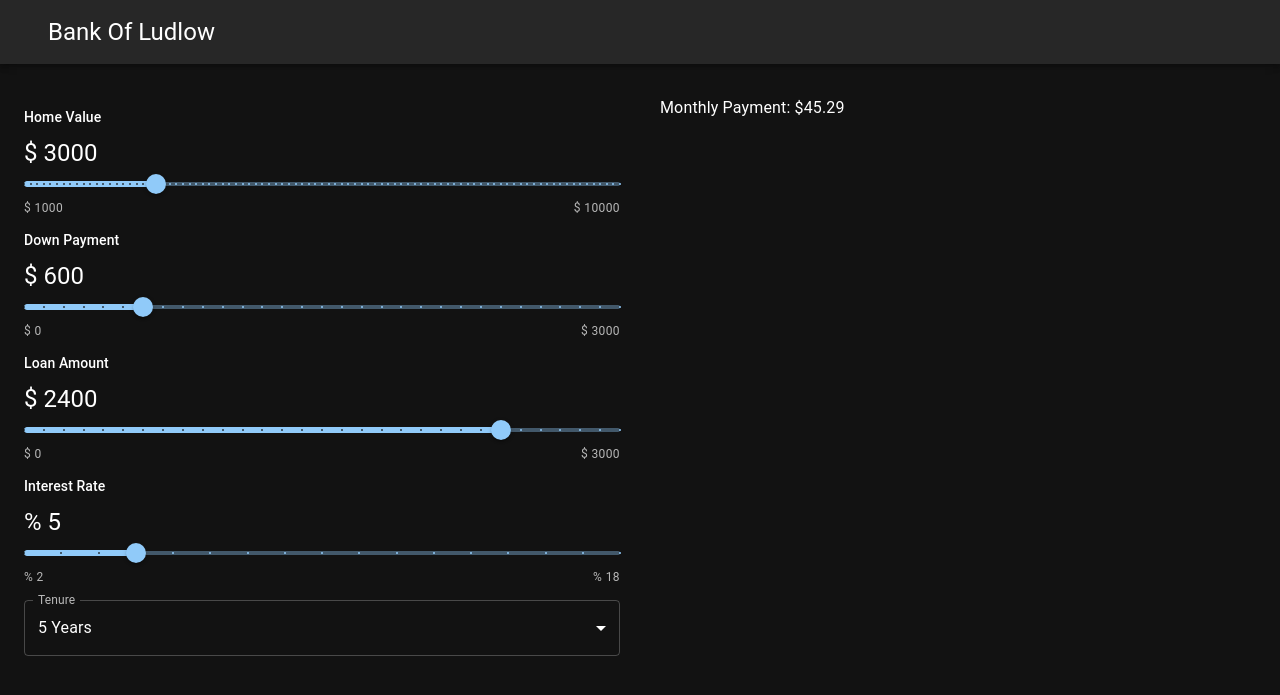
Repository: MikeeBuilds/mortgage-calculator
Page: /
The author's editor kept a copy of each file at every save. The page is drawn from the files as they stood at one save, then again after a run of saves.
The browser window is 1280 px wide. The pictures show the whole page.
The project was rebuilt for these pictures with package versions that can differ from the ones it lists, and the page was loaded fresh each time.

Above is the page before, as saved 2023-04-04 18:35:40.

### src/index.js
import React from 'react';
import ReactDOM from 'react-dom/client';
import  CssBaseline  from '@mui/material/CssBaseline';
import { ThemeProvider, createTheme } from '@mui/material/styles';
import App from './App';
import reportWebVitals from './reportWebVitals';
import { theme } from './theme';

const root = ReactDOM.createRoot(document.getElementById('root'));
root.render(
  <React.StrictMode>
    <ThemeProvider theme={theme}>
      <CssBaseline />
    <App />
    </ThemeProvider>
  </React.StrictMode>
);

// If you want to start measuring performance in your app, pass a function
// to log results (for example: reportWebVitals(console.log))
// or send to an analytics endpoint. Learn more: https://bit.ly/CRA-vitals
reportWebVitals();

### src/App.js
import { useState } from "react";
import { Container, Grid } from "@mui/material";
import Navbar from "./components/Navbar";
import Result from "./components/Result";
import SliderSelect from "./components/SliderSelect";
import TenureSelect from "./components/TenureSelect";


function App() {


  const [data, setData] = useState(
    {
      homeValue: 3000,
      downPayment: 3000 * 0.2,
      loanAmount: 3000 * 0.8,
      loanTerm: 5,
      interestRate: 5,
    });

  return (
    <div className="App">
      <Navbar />
      <Container maxWidth="xl" sx={{ marginTop: 4 }}>
        <Grid container spacing={5}>

          <Grid item xs={12} md={6}>
            <SliderSelect data={data} setData={setData} />
            <TenureSelect data={data} setData={setData} />
          </Grid>
          <Grid item xs={12} md={6}>
            <Result data={data} />

          </Grid>

        </Grid>
      </Container>
    </div>
  );
}

export default App;

### src/theme.js
import {  createTheme } from "@mui/material/styles";

export const theme = createTheme({
    palette: {
        mode: "dark",
    },
    typography: {
        h1: {

        },
    },
});

### src/components/Navbar.js
import React from 'react'
import AppBar from '@mui/material/AppBar'
import ToolBar from '@mui/material/Toolbar'
import Typography from '@mui/material/Typography'
import Container from '@mui/material/Container'

const Navbar = () => {
  return (
    <AppBar position="static">
      <Container maxWidth='xl'>
        <ToolBar>
            <Typography variant="h5" component="div" sx={{ flexGrow: 1 }}>
                Bank Of Ludlow
            </Typography>
        </ToolBar>
      </Container>
    </AppBar>
  )
}

export default Navbar

### src/components/Result.js
import { Stack, Typography } from '@mui/material';
import React from 'react'

const Result = ({data}) => {

  const {homeValue, downPayment, loanAmount, loanTerm, interestRate} = data;

  const totalLoanMonths = loanTerm * 12; // 60 months = 5 years
  const interestPerMonth = interestRate / 100 / 12; // 100 @ 12% for 1 year

  const monthlyPayment =
    (loanAmount *
      interestPerMonth *
      (1 + interestPerMonth) ** totalLoanMonths) /
    ((1 + interestPerMonth) ** totalLoanMonths - 1);

  const totalInterestGenerated = monthlyPayment * totalLoanMonths - loanAmount;


  return (
    <Stack>
      <Typography>
        Monthly Payment: ${monthlyPayment.toFixed(2)}
      </Typography>
    </Stack>
  )
}

export default Result

### src/components/SliderSelect.js
import React, { Fragment } from "react";
import SliderComponent from "./common/SliderComponent";

const SliderSelect = ({ data, setData }) => {
  const bank_limit = 10000;
  return (
    <>
      <SliderComponent
        label="Home Value"
        min={1000}
        max={bank_limit}
        defaultValue={data.homeValue}
        value={data.homeValue}
        step={100}
        onChange={(e, value) =>
          setData({
            ...data,
            downPayment: value * 0.2,
            loanAmount: value * 0.8,
            homeValue: value,
          })
        }
        unit="$"
        amount={data.homeValue}
      />
      <SliderComponent
        label="Down Payment"
        min={0}
        max={data.homeValue}
        defaultValue={data.downPayment}
        value={data.downPayment}
        step={100}
        onChange={(e, value) => setData({
            ...data,
            loanAmount: (data.homeValue - value),
            downPayment: value
          })
        }
        unit={"$"}
        amount={data.downPayment}
      />
      <SliderComponent
        label="Loan Amount"
        min={0}
        max={data.homeValue}
        defaultValue={data.loanAmount}
        value={data.loanAmount}
        step={100}
        onChange={(e, value) => setData({
            ...data,
            downPayment: (data.homeValue - value),
            loanAmount: value
        })}
        unit={"$"}
        amount={data.loanAmount}
      />
      <SliderComponent
        label="Interest Rate"
        min={2}
        max={18}
        defaultValue={data.interestRate}
        value={data.interestRate}
        step={1}
        onChange={(e, value) => setData({
            ...data,
            interestRate: value
        })}
        unit="%"
        amount={data.interestRate}
      />
    </>
  );
};

export default SliderSelect;

### src/components/TenureSelect.js
import * as React from 'react'
import Box from '@mui/material/Box'
import FormControl from '@mui/material/FormControl'
import InputLabel from '@mui/material/InputLabel'
import MenuItem from '@mui/material/MenuItem'
import Select from '@mui/material/Select'



const TenureSelect = ({ data, setData }) => {

  const handleChange = (event) => {
    setData({
      ...data,
      loanTerm: event.target.value,
    });
  };

  return (
    <FormControl fullWidth>
      <InputLabel id='demo-simple-select-label'>Tenure</InputLabel>
      <Select
        labelId='demo-simple-select-label'
        id='demo-simple-select'
        value={data.loanTerm}
        label='Tenure'
        onChange={handleChange}
      >
        <MenuItem value={5}>5 Years</MenuItem>
        <MenuItem value={10}>10 Years</MenuItem>
        <MenuItem value={15}>15 Years</MenuItem>
        <MenuItem value={20}>20 Years</MenuItem>
        <MenuItem value={25}>25 Years</MenuItem>
      </Select>
    </FormControl>
  )
}

export default TenureSelect

### src/components/common/SliderComponent.js
import React from 'react'
import Slider from '@mui/material/Slider'
import { Stack, Typography } from '@mui/material'

const SliderComponent = ({ defaultValue, min, max, step, onChange, value, label, unit, amount }) => {
  return (
  <Stack my={1.4}>
    <Stack gap={1}>
      <Typography variant='subtitle2'>{label}</Typography>
      <Typography variant='h5'>{unit} {amount}</Typography>
    </Stack>

    <Slider
      defaultValue={defaultValue}
      min={min} max={max}
      aria-label='Default'
      valueLabelDisplay='auto'
      marks
      step={step}
      onChange={onChange}
      value={value}
      />
      <Stack direction='row' justifyContent='space-between'>
    <Typography variant='caption' color='text.secondary'>{unit} {min}</Typography>
    <Typography variant='caption' color='text.secondary'>{unit} {max}</Typography>
      </Stack>

  </Stack>
  )
}

export default SliderComponent

Loaded but not shown: public/index.html (common file); src/reportWebVitals.js (common file)

After the next 4 saves:
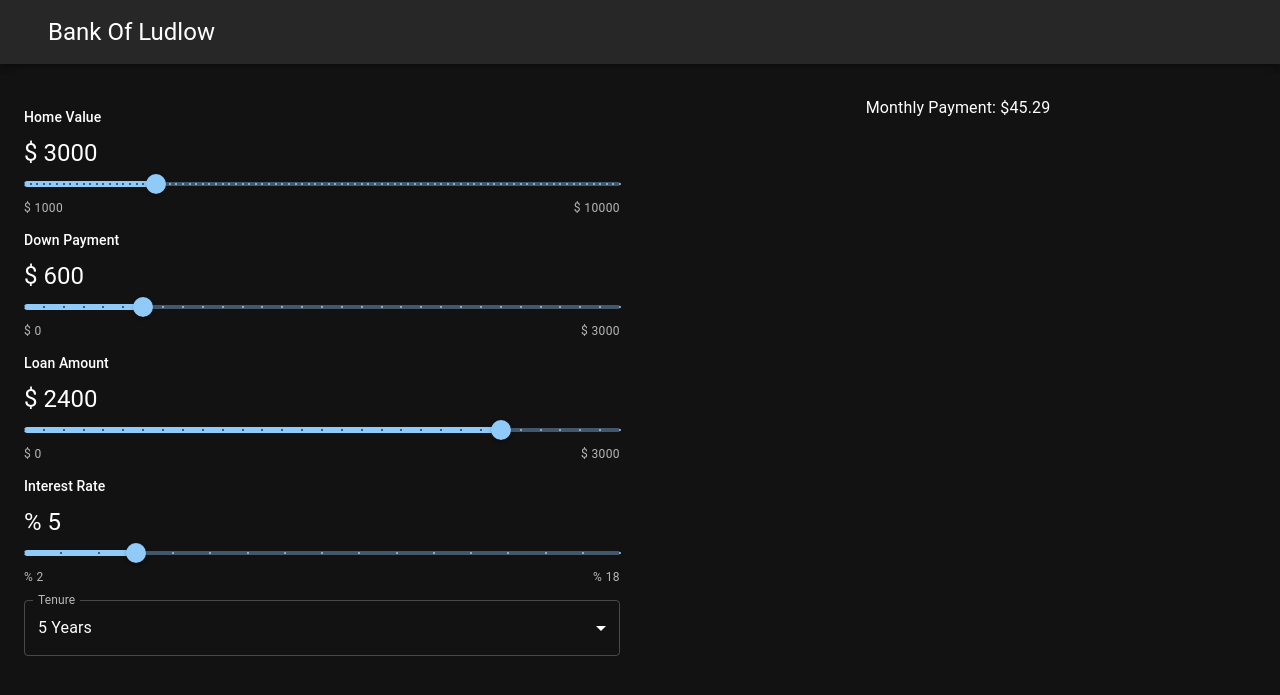
The 4 saves are shown as one change because 1 did not build or start and some came seconds apart.
The last was saved 40 s later.
--- a/src/components/Result.js
+++ b/src/components/Result.js
@@ -19,7 +19,7 @@ const Result = ({data}) => {
 
   return (
     <Stack>
-      <Typography>
+      <Typography textAlign='CENTER' >
         Monthly Payment: ${monthlyPayment.toFixed(2)}
       </Typography>
     </Stack>
